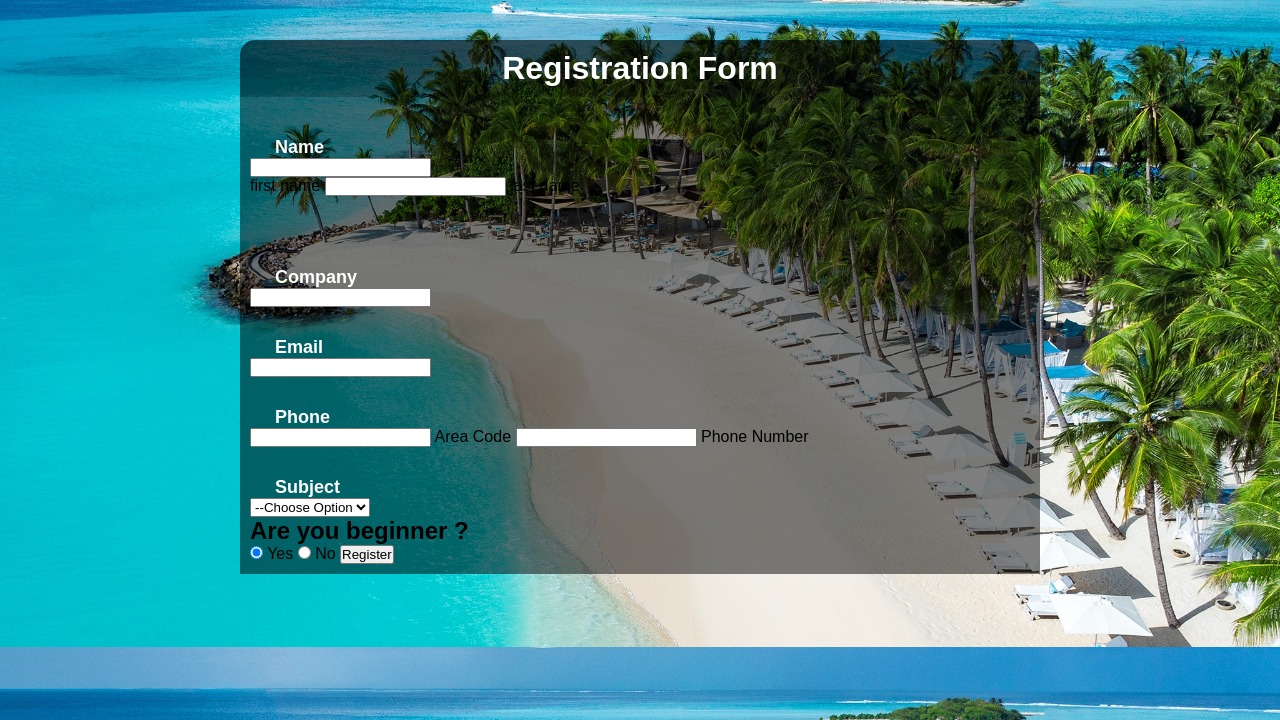
Repository: sudeepa88/Registration-Form
Page: registration.html
The author's editor kept a copy of each file at every save. The page is drawn from the files as they stood at one save, then again after the next save.
The browser window is 1280 px wide. The pictures show the whole page.

Above is the page before, as saved 2022-01-11 23:00:53.

After the next save:
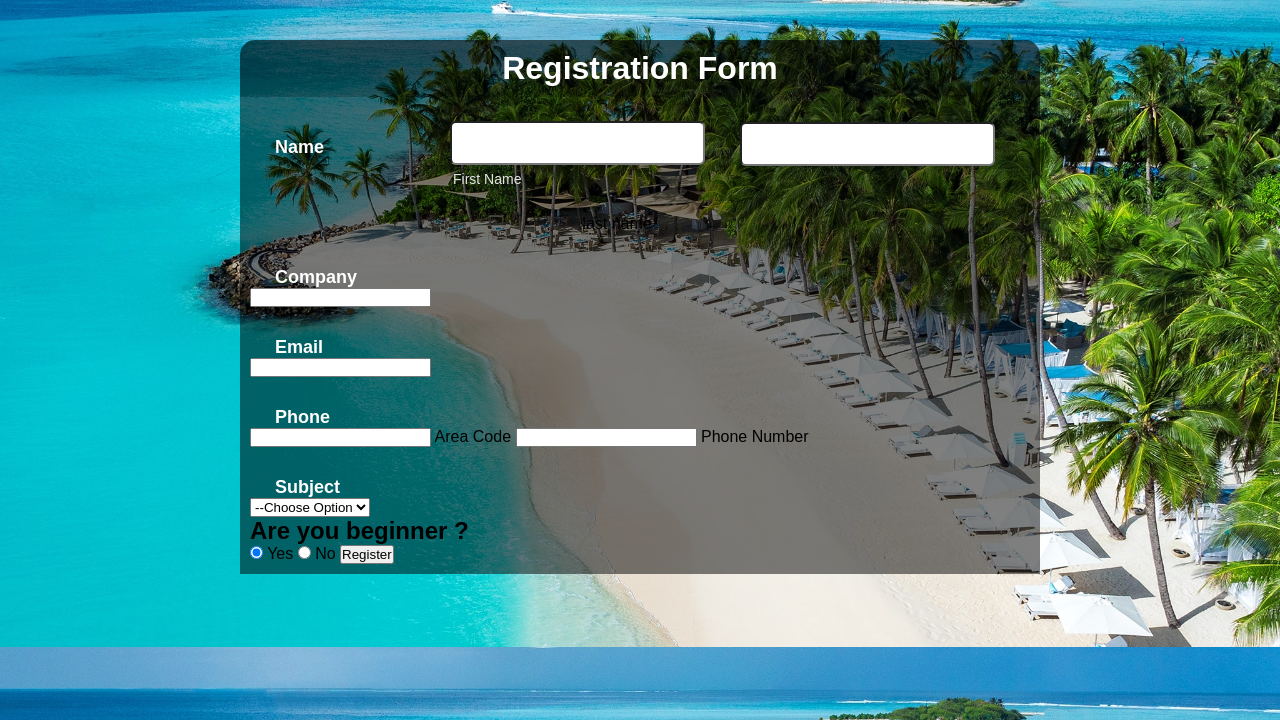
Saved 20 min 37 s later.
--- a/registration.html
+++ b/registration.html
@@ -48,6 +48,33 @@
        color: #FFFFFF;
        font-size: 18px;
        font-weight: 700;
+   }
+   .firstname{
+       position: relative;
+       left:200px;
+       top:-37px;
+       line-height: 40px;
+       border-radius: 6px;
+       padding: 0 22px;
+       font-size: 16px;
+   }
+   .lastname{
+       position:relative;
+       left:417px;
+       top:-80px;
+       line-height: 40px;
+       border-radius: 6px;
+       padding:0 22px;
+       font-size:16px;
+       color:#555;
+   }
+   .firstlabel{
+       position: relative;
+       color: #E5E5E5;
+       text-transform: capitalize;
+       font-size: 14px;
+       left:203px;
+       top: -45px;
    }
     </style>
 </head>
